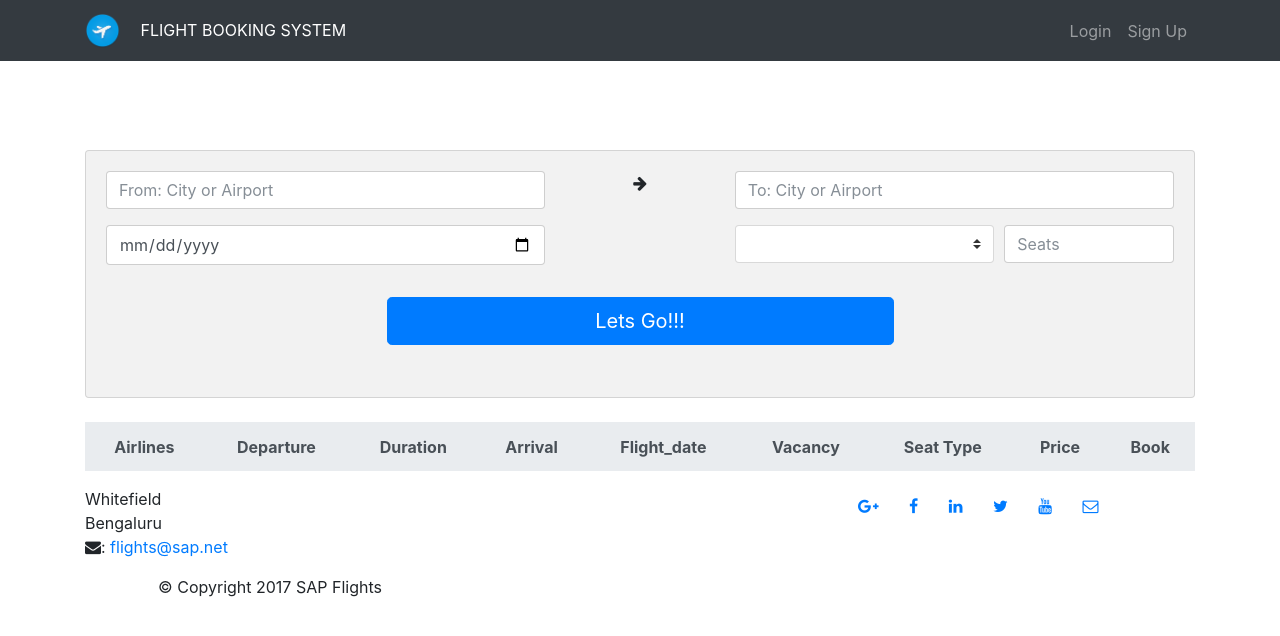
Repository: yashtatia/Spring-Practice
Page: http://localhost/FitnessTracker/WEB-INF/jsp/flightpage.jsp
An editor plug-in stored every save of this project. The page is shown before and after the next save, followed by the edit.
The browser window is 1280 px wide. The pictures show the whole page.
Some web libraries are served in a nearby version. The page is served by Tomcat 9. Nobody is signed in. The template is opened directly, without the code that normally fills it, so the values that code supplies are empty.

Above is the page before, as saved 2017-09-05 20:33:13.

After the next save:
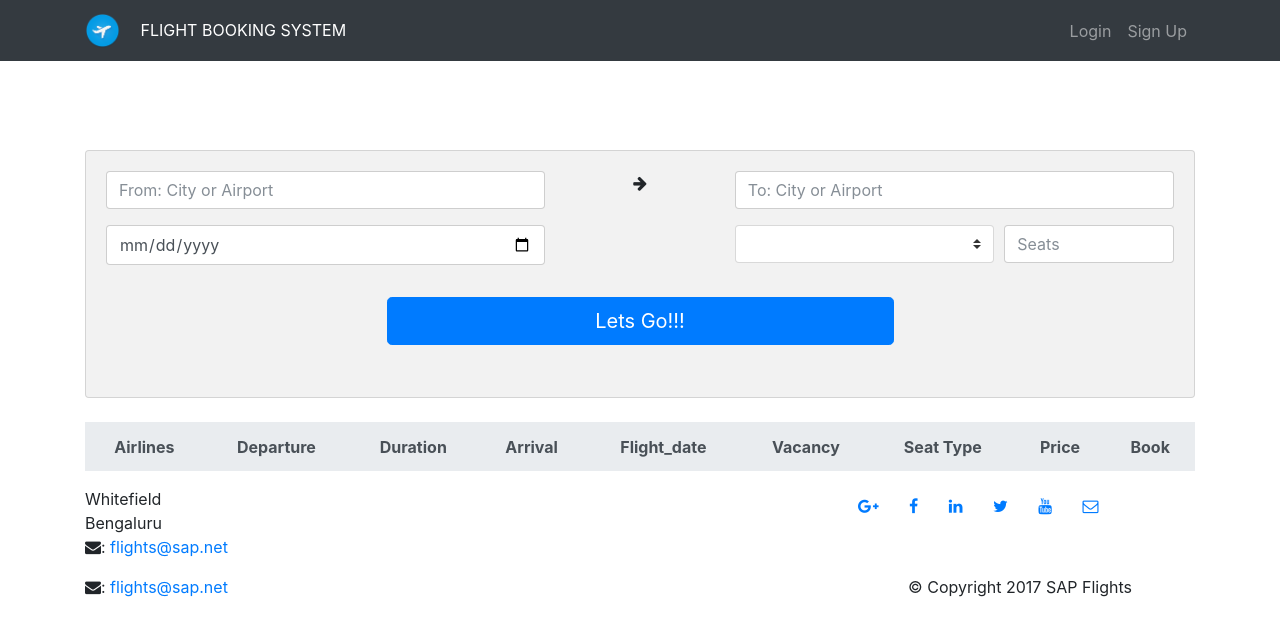
Saved 101 s later.
--- a/FitnessTracker/src/main/webapp/WEB-INF/jsp/footer.jsp
+++ b/FitnessTracker/src/main/webapp/WEB-INF/jsp/footer.jsp
@@ -23,10 +23,16 @@
                     </div>
                 </div>
              </div>
-                <div class="col-md-4 col-offset-8">
+             <div class="row row-content">
+                <div class="col-md-8"">
+		              <i class="fa fa-envelope"></i>:
+                         <a href="mailto:flights@sap.net">
+                         flights@sap.net</a>
+                </div>
+                <div class="col-md-4">
                     <p align=center> &copy; Copyright 2017 SAP Flights</p>
                 </div>
-
+             </div>
         </div>
     </footer>
 
